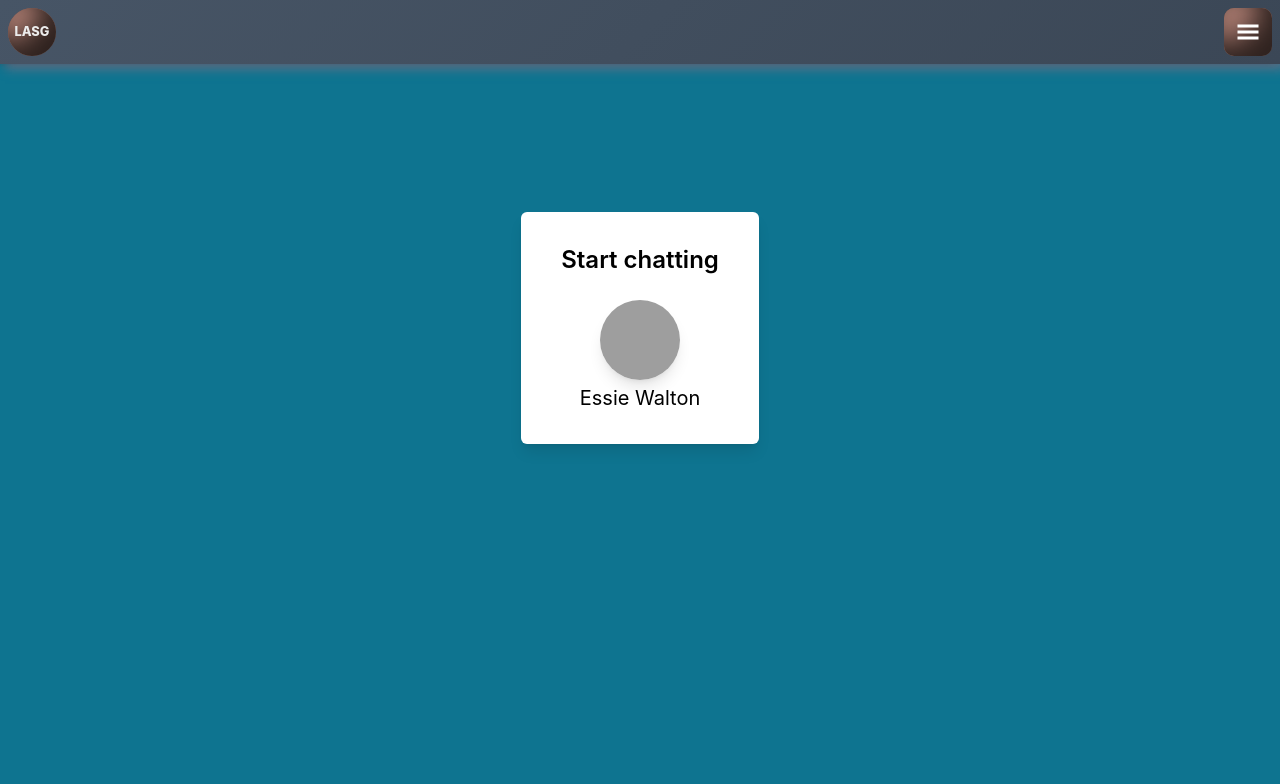
Repository: ShindanoSingi/LA-Swahili-Group
Page: /contact (app in client/)
The author's editor kept a copy of each file at every save. The page is drawn from the files as they stood at one save, then again after the next save.
The browser window is 1280 px wide. The pictures show the whole page.
Pictures or frames that could not be fetched are drawn as grey boxes. The project was rebuilt for these pictures with package versions that can differ from the ones it lists, and the page was loaded fresh each time. Also part of the build but not shown: client/src/pages/error/Error.css, client/src/pages/error/Error.js, client/src/pages/home/Home.js, client/src/pages/about/About.js, client/src/pages/login/Login.js, client/src/pages/userDashBoard/UserDashBoard.js, client/src/pages/superUsersDashBoard/SuperUsersDashBoard.js, client/src/pages/register/Register.js and 2 more.

Above is the page before, as saved 2024-02-12 00:50:58.

After the next save:
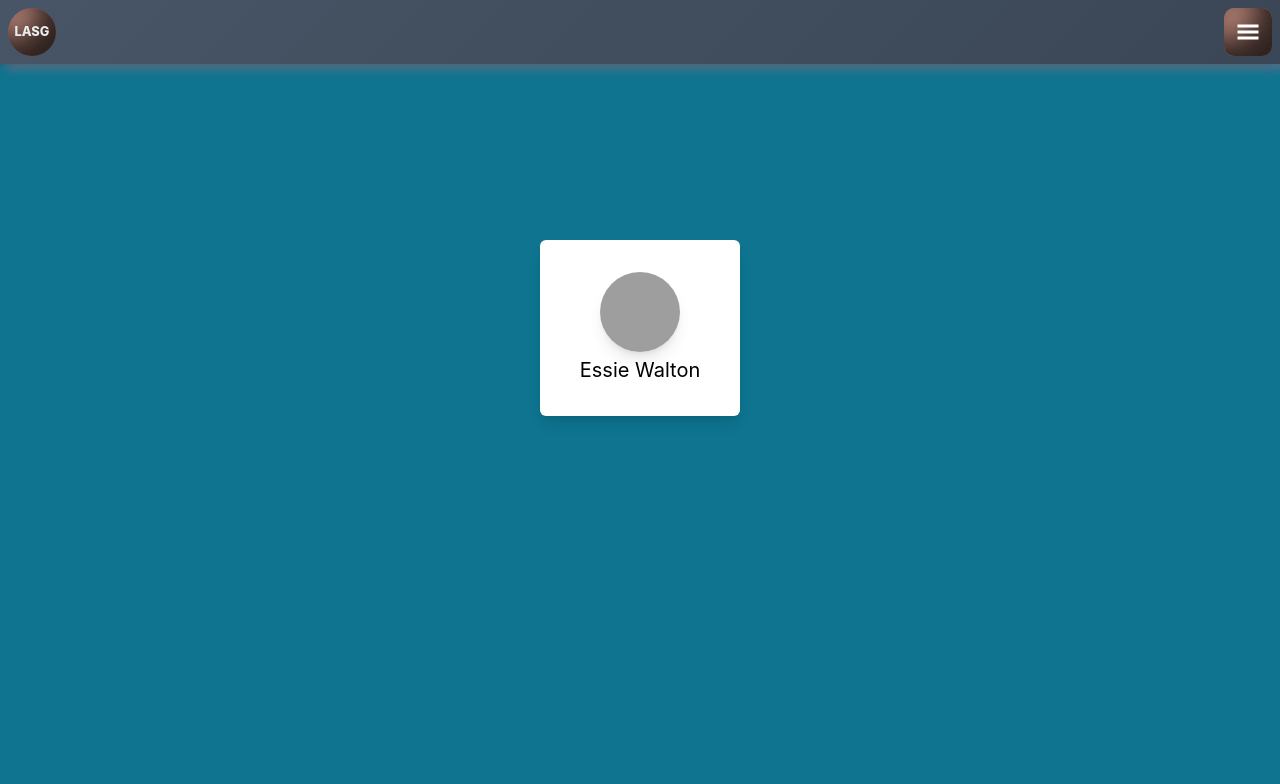
Saved 22 s later.
--- a/client/src/pages/contact/Contact.js
+++ b/client/src/pages/contact/Contact.js
@@ -6,7 +6,6 @@ function Contact() {
 
 <div className="mx-5 min-h-screen grid place-content-center">
 <div className="bg-white py-8 px-10 text-center rounded-md shadow-lg transform -translate-y-20 sm:-translate-y-24 max-w-xs mx-auto">
-  <h2 className="font-semibold text-2xl mb-6">Start chatting</h2>
   <img className="w-20 h-20 object-cover rounded-full mx-auto shadow-lg" src="https://images.unsplash.com/photo-1611342799915-5dd9f1665d04?ixid=MXwxMjA3fDB8MHxwaG90by1wYWdlfHx8fGVufDB8fHw%3D&ixlib=rb-1.2.1&auto=format&fit=crop&w=1350&q=80" alt="User avatar"/>
   <p className="capitalize text-xl mt-1">essie walton</p>
 </div>
